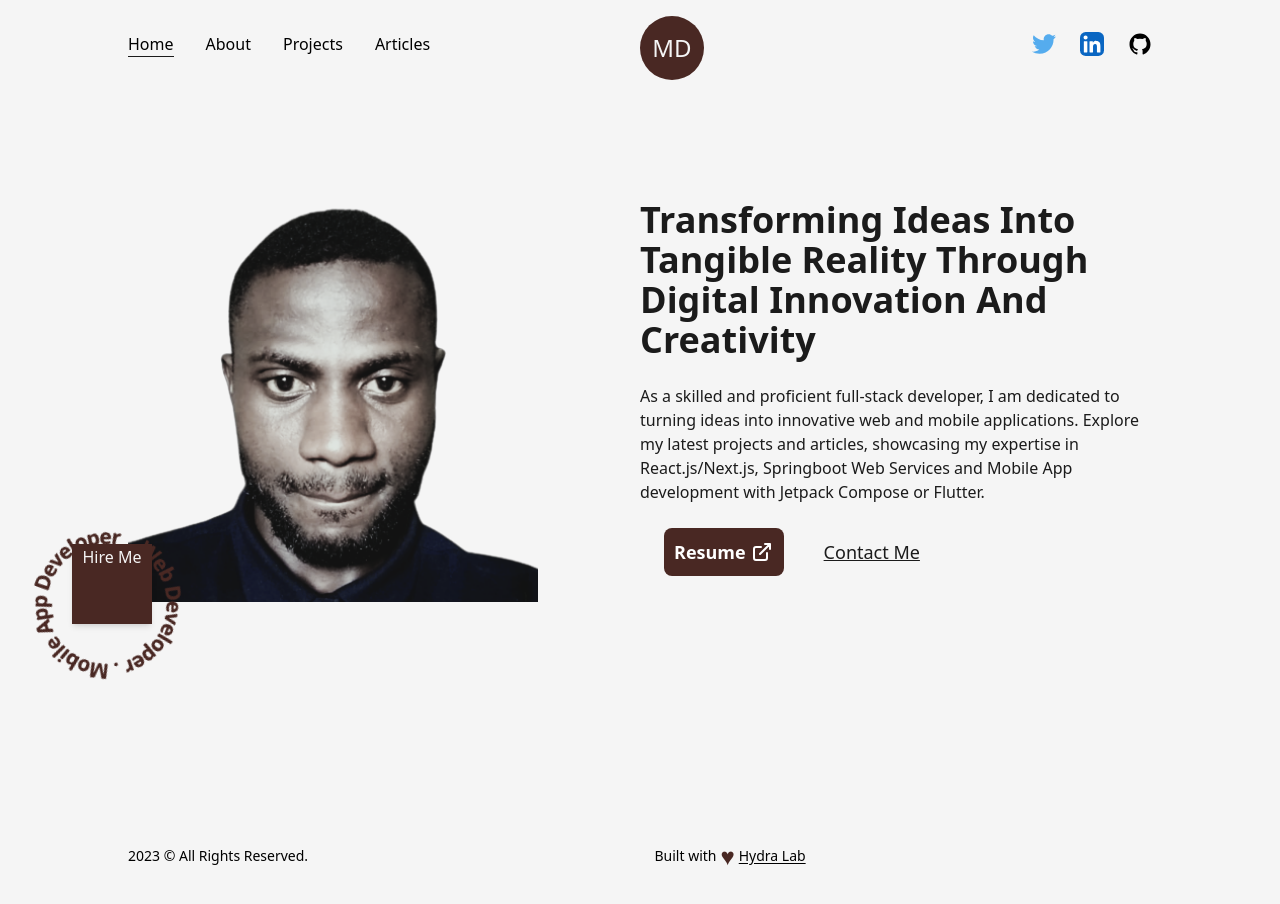
Repository: marcusdashe/situs
Page: /
An editor plug-in stored every save of this project. The page is shown before and after the next save, followed by the edit.
The browser window is 1280 px wide. The pictures show the whole page.
The project was rebuilt for these pictures with package versions that can differ from the ones it lists, and the page was loaded fresh each time. The framework's server and built-in components were replaced by stand-ins that run in the browser.

Above is the page before, as saved 2023-06-16 18:28:30.

After the next save:
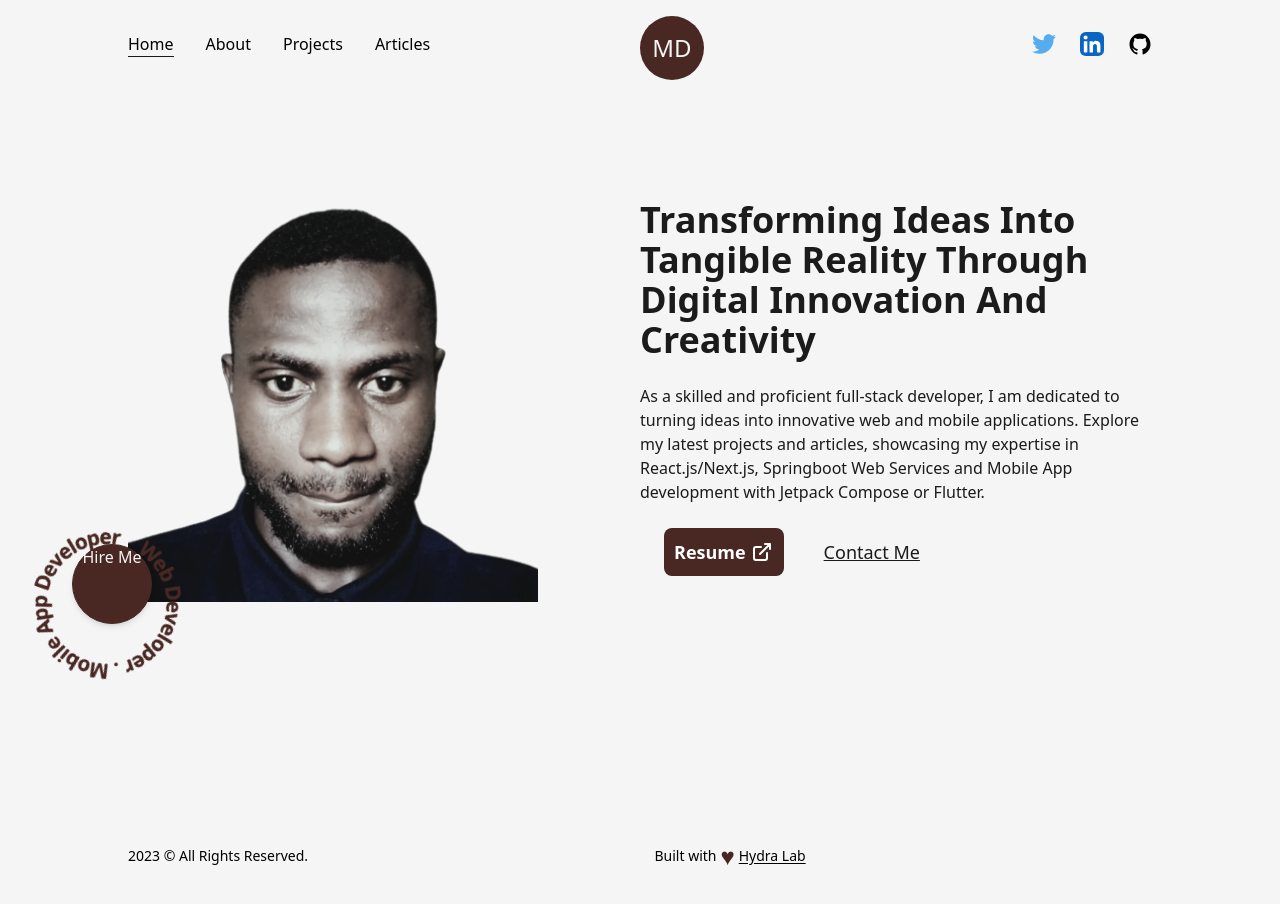
Saved 19 s later.
--- a/src/components/HireMe.jsx
+++ b/src/components/HireMe.jsx
@@ -10,7 +10,7 @@ const HireMe = () => {
 
         <Link
           href="mailto:marcusdashe.developer@gmail.com"
-          className="flex item-center justify-center absolute left-1/2 top-1/2 -translate-x-1/2 -translate-y-1/2 bg-primaryDark text-light shadow-md border border-solid border-primaryDark w-20 h-20"
+          className="flex item-center justify-center absolute left-1/2 top-1/2 -translate-x-1/2 -translate-y-1/2 bg-primaryDark text-light shadow-md border border-solid border-primaryDark w-20 h-20 rounded-full"
         >
           Hire Me
         </Link>
